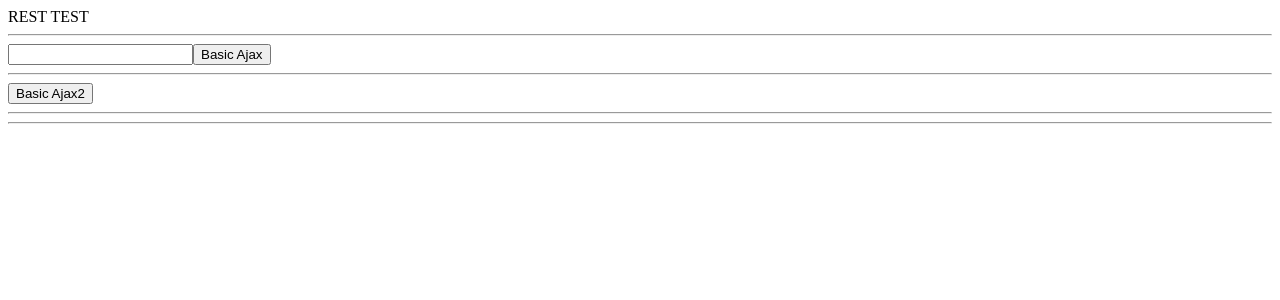
Repository: wonsungjin/Spring
Page: http://localhost/spring3_prj/lec05_rest/rest_test.jsp
These files come from the project's save history. The page is drawn as it stood at one moment and after the next save; the edit follows.
The browser window is 1280 px wide. The pictures show the whole page.
The page is served by Tomcat 9. Other server files are loaded and not shown.

Above is the page before, as saved 2024-06-17 03:30:44.

### spring3_prj/src/main/webapp/lec05_rest/rest_test.jsp
<%@ page language="java" contentType="text/html; charset=UTF-8"
    pageEncoding="UTF-8"%>
<%@taglib uri="http://java.sun.com/jsp/jstl/core" prefix="c"%>
<%@taglib uri="http://java.sun.com/jsp/jstl/fmt"  prefix="fmt"%>
<%@ taglib uri="http://java.sun.com/jsp/jstl/functions" prefix="fn"%><script src="https://code.jquery.com/jquery-3.7.1.js"></script>

<!DOCTYPE html>
<html>
<head>
<meta charset="UTF-8">
<title>Insert title here</title>
</head>
<body>
<div id="rest">REST TEST<hr></div>
<input type="text"id = "content" name = "ename"><input type="button" id="ajax_test" value="Basic Ajax"><hr>
<input type="button" id="ajax_test2" value="Basic Ajax2"><hr>
<div id="restTest"><hr></div>
<script>
$(function() {
	function makeTable(myval)
	{
		var list = JSON.parse(myval);
			console.log("성공:" + myval);
			var htmlStr = "";
			$.map( list, function( MYval, MYidx ) {
				htmlStr += "<tr><td>title : " +MYval["title"] + "</td><td><br> contents : "+MYval["contents"] +"</td></tr><br>"
				//console.log(MYval["title"] + "," + MYval["regid"] + "," + MYidx);
		});
			htmlStr += "</table>";
			$("#restTest").empty();
			$("#restTest").html("<b>"+htmlStr+"</b>");

	}
$("#ajax_test").click(  function(){

		let content = $('#content').val();
		$.ajax({
			method      : "GET",
	        url         : "${pageContext.request.contextPath}/RestServletTest",
	        data 		: {content: content},
	  		error 	    : function(myval){ console.log("에러:" + myval);   },
	  		success     : function(myval){
	  										makeTable(myval);
	  									 }
	  		});

	});
$("#ajax_test2").click(  function(){
	var objData = {"title":"aaaaatitle","regid":"hong"};
	let content = $('#content').val();
	$.ajax({
		method      : "POST",
        url         : "${pageContext.request.contextPath}/RestServletTest",
        data 		: JSON.stringify(objData),
  		error 	    : function(myval){ console.log("에러:" + myval);   },
  		success     : function(myval){
  										makeTable(myval);
  									 }
  		});

});
});
</script>
</body>
</html>

After the next save:
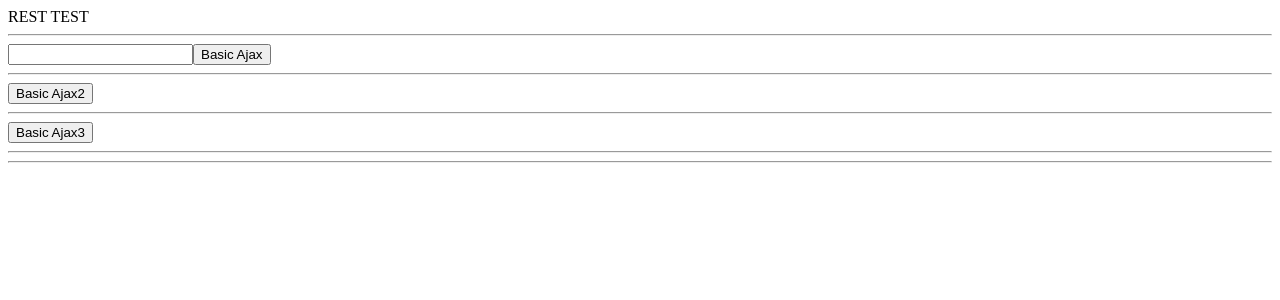
Saved 8 min 3 s later.
--- a/spring3_prj/src/main/webapp/lec05_rest/rest_test.jsp
+++ b/spring3_prj/src/main/webapp/lec05_rest/rest_test.jsp
@@ -14,6 +14,7 @@
 <div id="rest">REST TEST<hr></div>
 <input type="text"id = "content" name = "ename"><input type="button" id="ajax_test" value="Basic Ajax"><hr>
 <input type="button" id="ajax_test2" value="Basic Ajax2"><hr>
+<input type="button" id="ajax_test3" value="Basic Ajax3"><hr>
 <div id="restTest"><hr></div>
 <script>
 $(function() {
@@ -57,6 +58,30 @@ $("#ajax_test2").click(  function(){
   										makeTable(myval);
   									 }
   		});
+	$("#ajax_test3").click(  function(){
+
+		var ename_val = $("#ename").val();
+
+		$.ajax({
+
+			method      : "POST",
+
+	        url         : "${pageContext.request.contextPath}/RestServletTest",
+
+	        data 		: "ename="+ename_val,
+
+	        //dataType	: "json",
+
+	  		error 	    : function(myval){console.log("에러:" + myval);   },
+
+	  		success     : function(myval){
+
+	  			makeTable(myval);
+	  									 }
+
+		});
+
+	});
 
 });
 });
